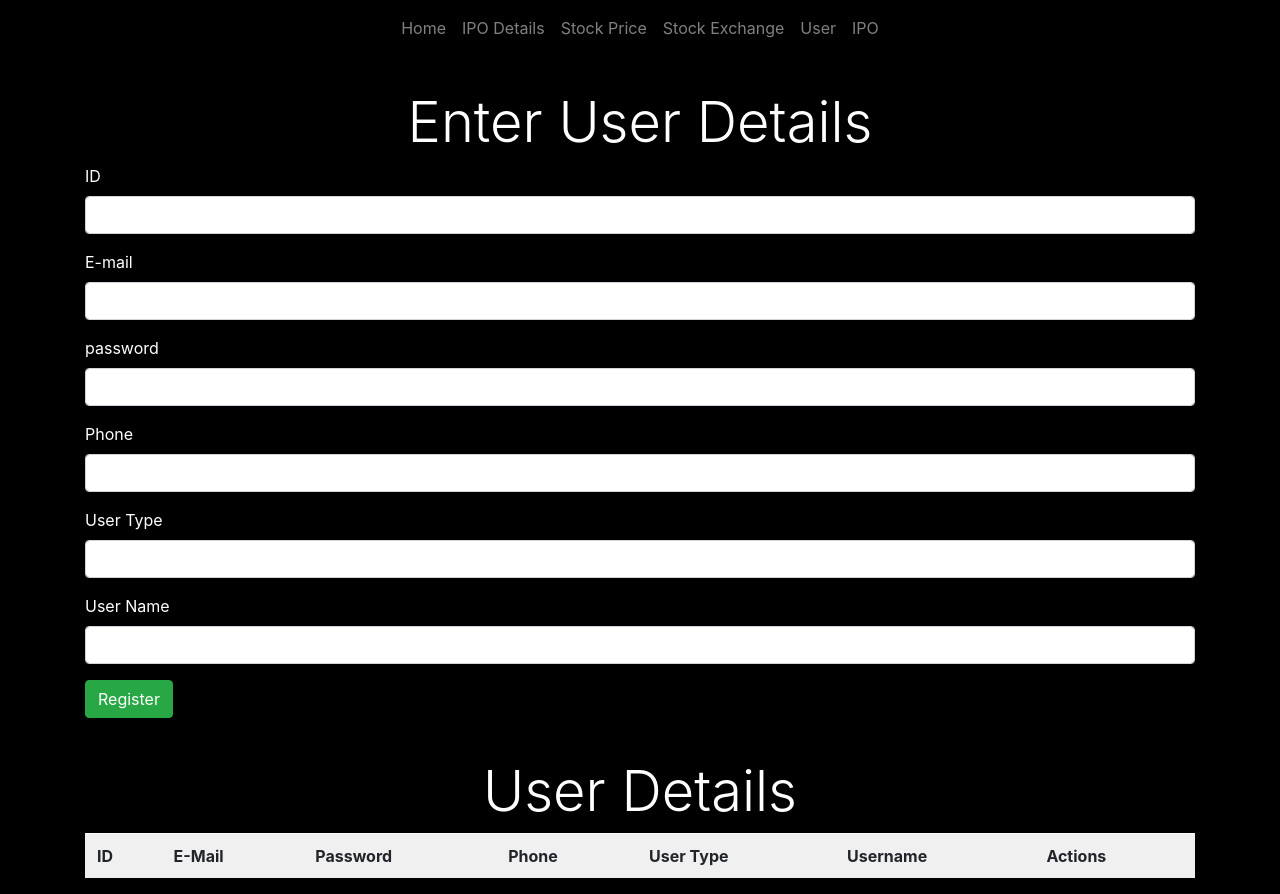
Repository: Gurudutt-S/cts-training
Page: http://localhost/StockExchangeChartingWeb/WEB-INF/views/users.jsp
An editor plug-in stored every save of this project. The page is shown before and after the next save, followed by the edit.
The browser window is 1280 px wide. The pictures show the whole page.
The page is served by Tomcat 9. Nobody is signed in. Other server files are loaded and not shown. The template is opened directly, without the code that normally fills it, so the values that code supplies are empty.

Above is the page before, as saved 2020-02-12 08:27:10.
Console error (its wording comes from the project's code and is left out).

### Day_36/StockExchangeChartingWeb/src/main/webapp/WEB-INF/views/users.jsp
<%@include file="header.jsp"%>

<%@ taglib uri="http://www.springframework.org/tags/form" prefix="form"%>
<%@ taglib uri="http://java.sun.com/jsp/jstl/core" prefix="c"%>

<h2 class="display-4 text-center">Enter User Details</h2>
<c:url var="userUrl" value="/user/save" />

<div class="container">
	<form:form action="${userUrl }" modelAttribute="user">

		<div class="form-group">
			<form:label path="id">ID</form:label>
			<form:input path="id" class="form-control"></form:input>
		</div>
		<div class="form-group">
			<form:label path="email">E-mail</form:label>
			<form:input path="email" class="form-control"></form:input>
		</div>
		<div class="form-group">
			<form:label path="password">password</form:label>
			<form:input path="password" class="form-control"></form:input>
		</div>
		<div class="form-group">
			<form:label path="phone">Phone</form:label>
			<form:input path="phone" class="form-control"></form:input>
		</div>
		<div class="form-group">
			<form:label path="userType">User Type</form:label>
			<form:input path="userType" class="form-control"></form:input>
		</div>
		<div class="form-group">
			<form:label path="username">User Name</form:label>
			<form:input path="username" class="form-control"></form:input>
		</div>

		<div>
			<input type="submit" value="Register" class="btn btn-success">
		</div>
	</form:form>
</div>

<br>

<div class="container">
	<h2 class="display-4 text-center">User Details</h2>
	<table class="table table-light table-hover table-striped">
		<tr>
			<th>ID</th>
			<th>E-Mail</th>
			<th>Password</th>
			<th>Phone</th>
			<th>User Type</th>
			<th>Username</th>
			<th>Actions</th>
		</tr>
		<tbody>
			<c:forEach var="user" items="${list }">
				<tr>
					<td>${user.id }</td>
					<td>${user.email }</td>
					<td>${user.password }</td>
					<td>${user.phone }</td>
					<td>${user.userType }</td>
					<td>${user.username }</td>
					<td><a href="<c:url value='/remove/${user.id }' />">Remove</a></td>
				</tr>

			</c:forEach>
		</tbody>
	</table>
</div>


</body>
</html>

### Day_36/StockExchangeChartingWeb/src/main/webapp/WEB-INF/views/header.jsp
<%@ page isELIgnored="false"%>
<%@ taglib uri="http://java.sun.com/jsp/jstl/core" prefix="c"%>
<html>
<head>
<link rel="stylesheet"
	href="https://stackpath.bootstrapcdn.com/bootstrap/4.4.1/css/bootstrap.min.css"
	integrity="sha384-Vkoo8x4CGsO3+Hhxv8T/Q5PaXtkKtu6ug5TOeNV6gBiFeWPGFN9MuhOf23Q9Ifjh"
	crossorigin="anonymous">
<script
	src="https://stackpath.bootstrapcdn.com/bootstrap/4.4.1/js/bootstrap.min.js"
	integrity="sha384-wfSDF2E50Y2D1uUdj0O3uMBJnjuUD4Ih7YwaYd1iqfktj0Uod8GCExl3Og8ifwB6"
	crossorigin="anonymous"></script>


</head>
<body style="color: white; background-color: black;">

	<nav class="navbar navbar-expand-lg navbar-dark ">
		<div class="collapse navbar-collapse">
			<ul class="navbar-nav mx-auto">
				<li class="nav-item"><a href="home" class="nav-link">Home</a></li>
				<li class="nav-item"><a href="ipoDetails" class="nav-link">IPO
						Details</a></li>
				<li class="nav-item"><a href="stockPrice" class="nav-link">Stock
						Price</a></li>
				<li class="nav-item"><a href="stockExchange" class="nav-link">Stock
						Exchange</a></li>
				<li class="nav-item"><a href="user-home" class="nav-link">User
						</a></li>
				<li class="nav-item"><a href="ipo-home" class="nav-link">IPO
						</a></li>
			</ul>
		</div>
	</nav>

	<hr>

</body>
</html>

After the next save:
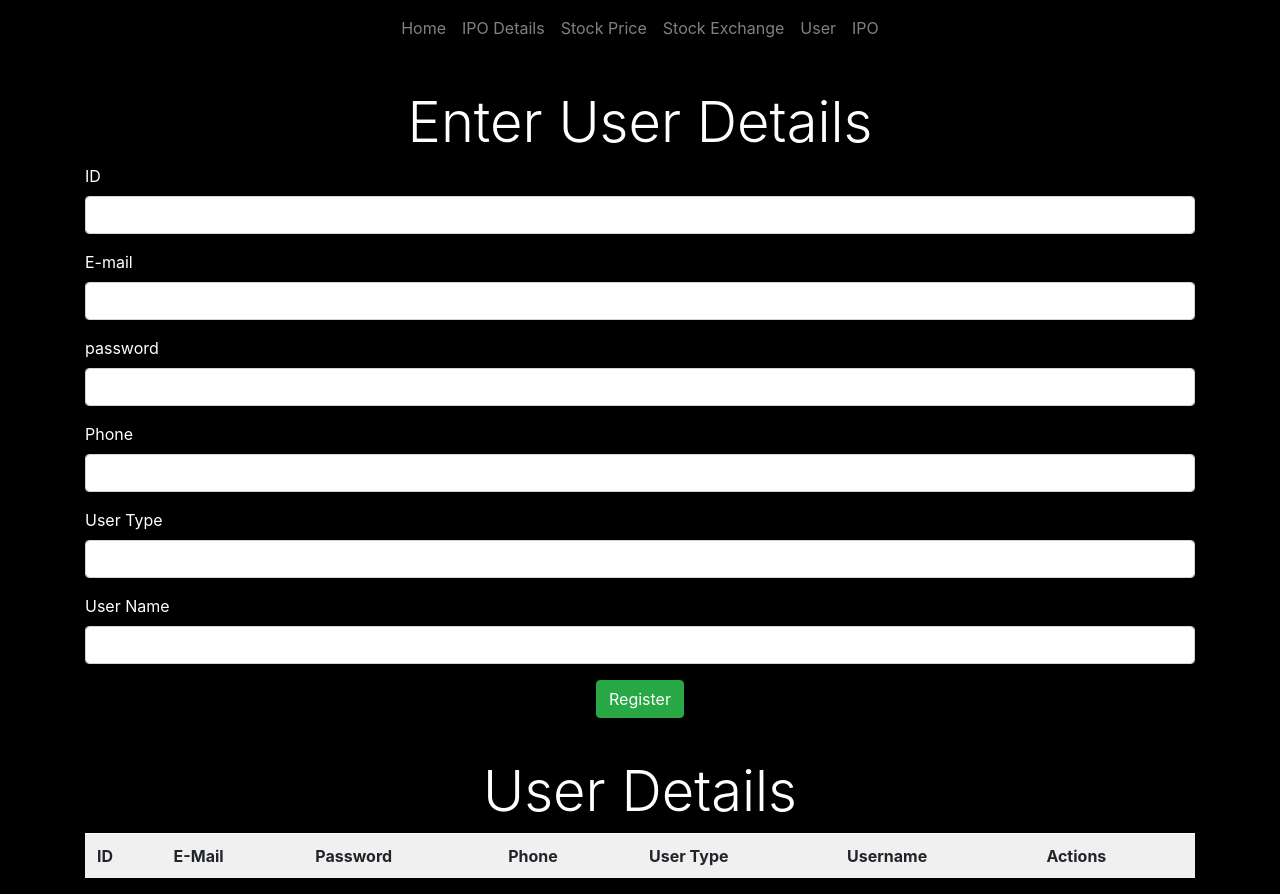
Saved 32 s later.
--- a/Day_36/StockExchangeChartingWeb/src/main/webapp/WEB-INF/views/users.jsp
+++ b/Day_36/StockExchangeChartingWeb/src/main/webapp/WEB-INF/views/users.jsp
@@ -34,7 +34,7 @@
 			<form:input path="username" class="form-control"></form:input>
 		</div>
 
-		<div>
+		<div class="text-center">
 			<input type="submit" value="Register" class="btn btn-success">
 		</div>
 	</form:form>
